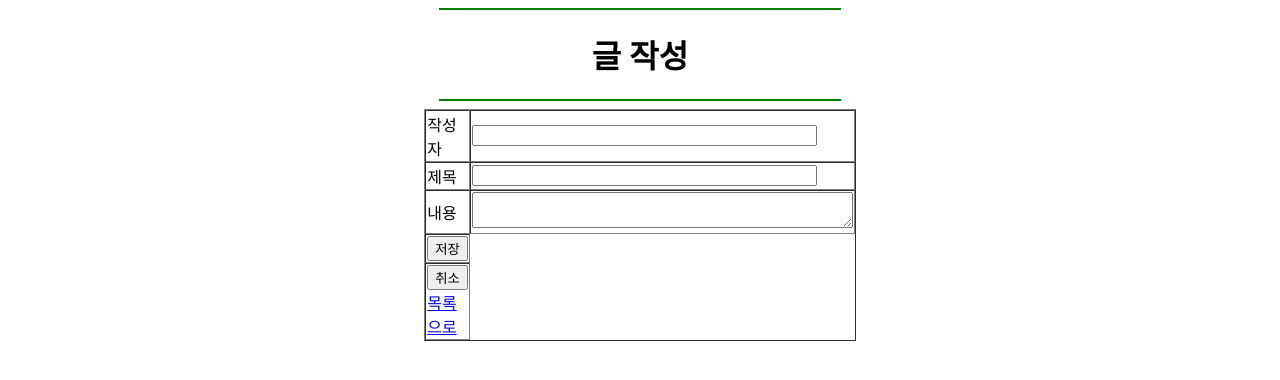
Repository: pypygeek/java_playground
Page: http://localhost/bb/wirte_form.jsp
The author's editor kept a copy of each file at every save. The page is drawn from the files as they stood at one save, then again after the next save.
The browser window is 1280 px wide. The pictures show the whole page.
The page is served by Tomcat 9.

Above is the page before, as saved 2022-01-26 02:05:31.

After the next save:
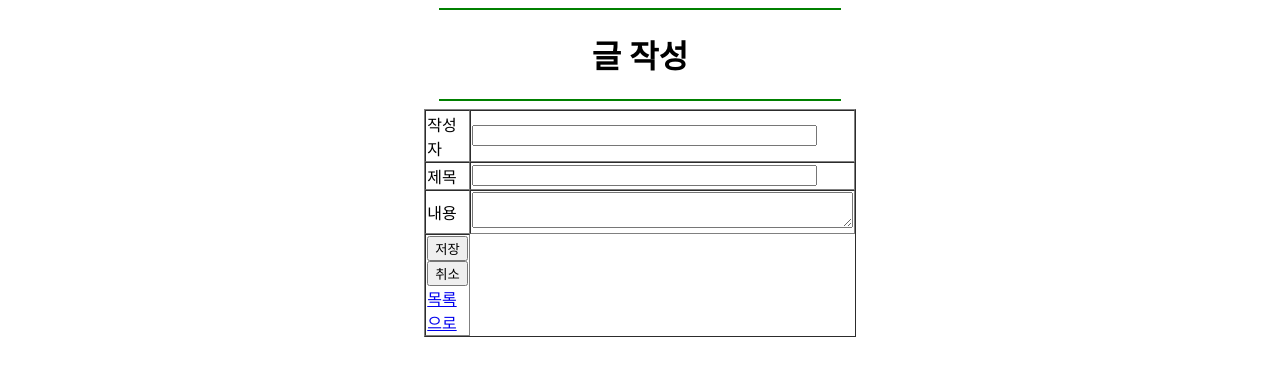
Saved 48 s later.
--- a/jsp-playground/bitbit/bb/src/main/webapp/wirte_form.jsp
+++ b/jsp-playground/bitbit/bb/src/main/webapp/wirte_form.jsp
@@ -16,8 +16,7 @@
                 <tr><td>작성자</td><td><input type="text" name="bName" size="40"></td></tr>
                 <tr><td>제목</td><td><input type="text" name="bTitle" size="40"></td></tr>
                 <tr><td>내용</td><td><TextArea type="text" name="bContent" row="5" cols="45"></TextArea></td></tr>
-                <tr><td><input type="submit" value="저장" name="전송"></td></tr>
-                <tr><td><input type="reset" value="취소" name="취소"><a href="list.do">목록으로</a></td></tr>
+                <tr><td><input type="submit" value="저장" name="전송"><input type="reset" value="취소" name="취소"><a href="list.do">목록으로</a></td></tr>
             </form>
         </table>
         </center>
